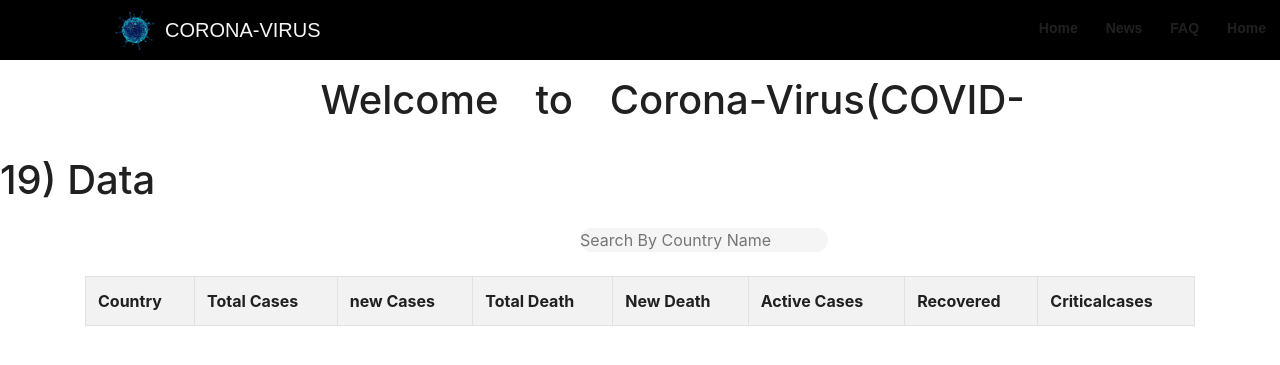
Repository: xthashankar/COVID-19-data-
Page: index.html
The author's editor kept a copy of each file at every save. The page is drawn from the files as they stood at one save, then again after the next save.
The browser window is 1280 px wide. The pictures show the whole page.
The page's requests for data from a server got no answer.

Above is the page before, as saved 2020-04-16 13:01:29.

### index.html
<!DOCTYPE html>
<html lang="en">
<head>
    <meta charset="UTF-8">
    <meta name="viewport" content="width=device-width, initial-scale=1.0">
    <link rel="stylesheet" href="https://maxcdn.bootstrapcdn.com/bootstrap/4.4.1/css/bootstrap.min.css">
     <script src="https://ajax.googleapis.com/ajax/libs/jquery/3.4.1/jquery.min.js"></script>
     <script src="https://cdnjs.cloudflare.com/ajax/libs/popper.js/1.16.0/umd/popper.min.js"></script>
    <script src="https://maxcdn.bootstrapcdn.com/bootstrap/4.4.1/js/bootstrap.min.js"></script>
    <link rel="stylesheet" href="css/styles.css">
    <title>Document</title>
</head>
<body>

   <nav>
       <a href="index.html">
            <img src="image/coronavirus.png" style="margin:5px;
            margin-left: 110px;">
            <h5>CORONA-VIRUS</h5>
        </a>
        <ul>
            <li><a href="#"><b>Home</b></a></li>
            <li><a href="#"><b>FAQ</b></a>
                <ul>
                    <li><a href= "">Nepali</a></li>
                    <li><a href="">English</a></li>
                </ul>
                </li>
            <li><a href="#"><b>News</b></a></li>
            <li><a href="#"><b>Home</b></a></li>
        </ul>
    </nav>


    <h1>Welcome to Corona-Virus(COVID-19) Data </h1>
    <input type="text" name="filter" id="search" placeholder="Search By Country Name" onkeyup="search()">
    <div class="container">

        <br>
        <table class="table table-bordered  table-striped">
            <thread>
                <tr>
                    <th>Country</th>
                    <th>Total Cases</th>
                    <th>new Cases</th>
                    <th>Total Death</th>
                    <th>New Death</th>
                    <th>Active Cases</th>
                    <th>Recovered</th>
                    <th>Criticalcases</th>
            </tr>
            </thread>
            <tbody  id="coranavirus">
            </tbody>
        </table>
    </div>
</body>
<script src="javascript/main.js"></script>
</html>

### css/styles.css

*{
  margin:0;
  padding:0;
  color: #202020;
}
nav{
  width:100%;
  height:60px;
  background-color:black;
}

nav img{
  height: 50px;
  width: 50px;
  float: left;
}

nav h5{
  /*margin-left: 0px; */
  font-family:arial;
  color:whitesmoke;
  line-height:60px;
  float:left;
}
nav ul{
  overflow:visible;
  list-style-type:none;
  float:right;
}
nav ul li{
  float:right;
  list-style: none;
  position: relative;
}
nav ul li a{
  display:block;
  font-family:arial;
  color:white;
  font-size:14px  ;
  padding:18px 14px;
  text-decoration:none;
  cursor: pointer;
}
nav ul li a:hover{
  text-decoration: none;

}
nav ul li ul {
  display:none;
  position: absolute;
  background-color:black;
  padding: 10px;
  border-radius: 0px 0px 4px 4px;
}
nav ul li:hover ul {
  display:block;
  text-decoration:none;
}
nav ul li ul li{
   width:auto;
   border-radius:4px;
}
nav ul li ul li a {
  padding:8px 8px;
}

nav ul li ul li a:hover {
  background-color:whitesmoke ;
  text-decoration: none;
}

h1{
  text-align: justify;
  line-height: 80px;

}
#search{
  border-radius: 10px;
  margin:5 auto;
  border-radius: 10px;
  margin-left: 580px;
  border: none;
  border-radius: 15px;
  background-color:whitesmoke;
}

### javascript/main.js
// let who='';
let URL='https://nepalcorona.info/api/v1/data/world'
fetch(URL)
.then(function(response){
   return response.json()
}).then(function(covid){
//    console.log(covid);
       if(covid.length>0)
       {
           var coviddata='';
           covid.forEach(function(data){
            // coviddata +="<tr>";
            if(data.country!="")
            {
            coviddata +="<tr><td>"+data.country+"</td>";
            coviddata +="<td>"+data.totalCases+"</td>";
            coviddata +="<td>"+data.newCases+"</td>";
            coviddata +="<td>"+data.totalDeaths+"</td>";
            coviddata +="<td>"+data.newDeaths+"</td>";
            coviddata +="<td>"+data.activeCases+"</td>";
            coviddata +="<td>"+data.totalRecovered+"</td>";
            coviddata +="<td>"+data.criticalCases+"</td></tr>";
            console.log(coviddata);
            }
            document.getElementById('coranavirus').innerHTML=coviddata;
           })
       }
   })
   //for search
function search(){
    let filter=document.getElementById("search").value.toUpperCase();
    let table=document.getElementById("coranavirus");
    let tr=table.getElementsByTagName("tr");
    for(let i=0;i<tr.length;i++)
    {
     let td=tr[i].getElementsByTagName("td")[0];
        if(td)
        {
         let txtValue=td.textContent||td.innerText;
         if(txtValue.toUpperCase().indexOf(filter)>-1)
            {
            tr[i].style.display="";
            }else
            {
            tr[i].style.display="none";
            }
        }
    }
}

After the next save:
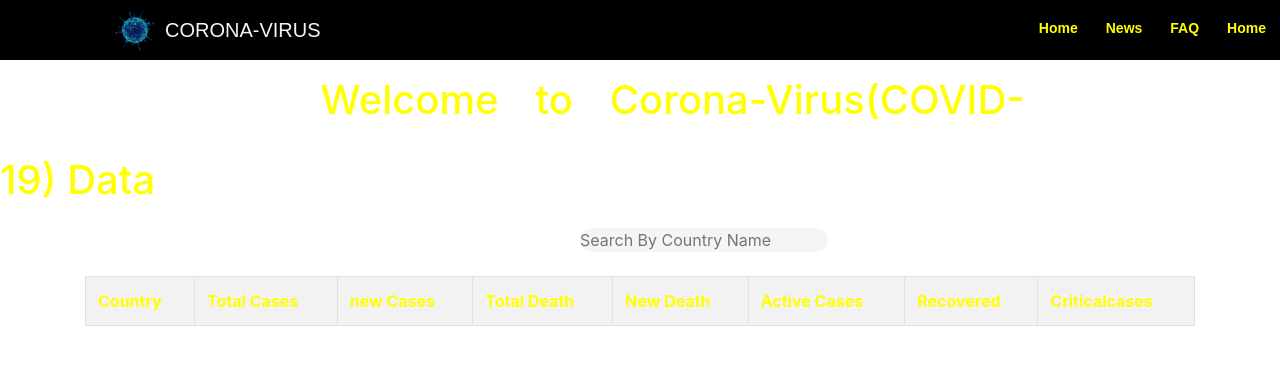
Saved 27 s later.
--- a/css/styles.css
+++ b/css/styles.css
@@ -2,7 +2,7 @@
 *{
   margin:0;
   padding:0;
-  color: #202020;
+  color: yellow;
 }
 nav{
   width:100%;
